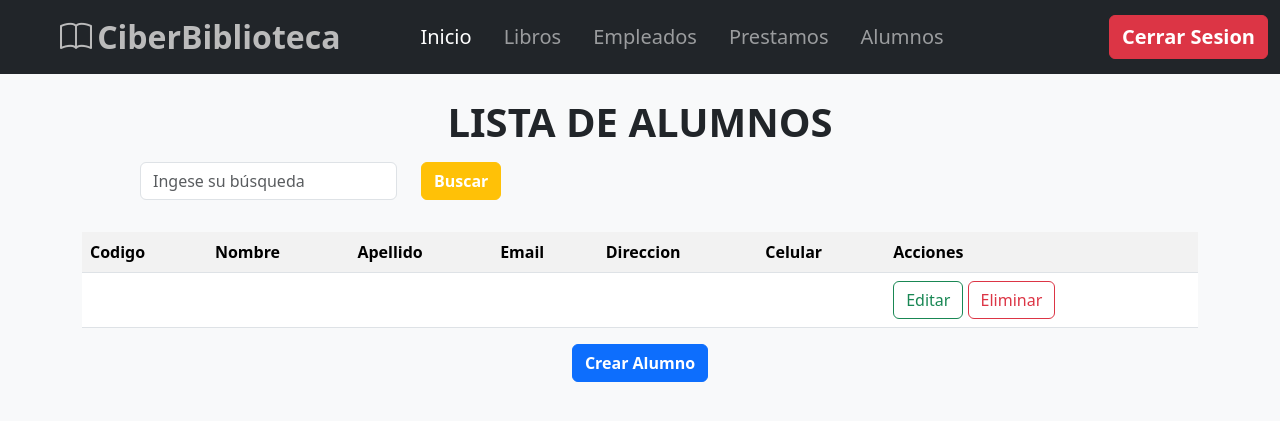
Repository: WilmerOcampo/LP1_Biblioteca
Page: http://localhost/Proyecto/listaAlumnos.jsp
An editor plug-in stored every save of this project. The page is shown before and after the next save, followed by the edit.
The browser window is 1280 px wide. The pictures show the whole page.
The page is served by Tomcat 10.

Above is the page before, as saved 2023-05-31 16:29:38.

After the next save:
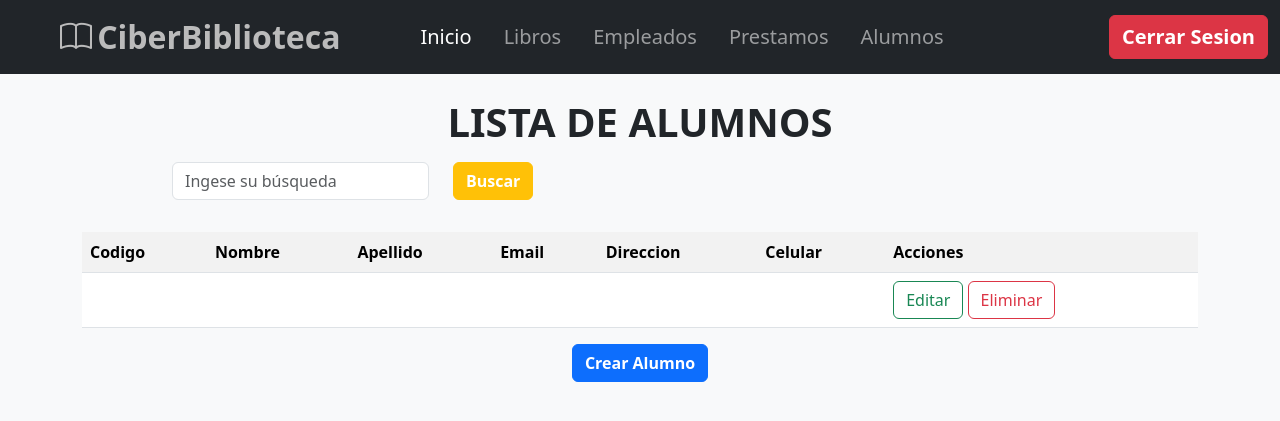
Saved 5 s later.
--- a/Proyecto/src/main/webapp/listaAlumnos.jsp
+++ b/Proyecto/src/main/webapp/listaAlumnos.jsp
@@ -62,7 +62,7 @@
 
     <nav class="navbar">
         <div class="container-fluid">
-            <form class="d-flex" role="search" style="margin-left: 8rem">
+            <form class="d-flex" role="search" style="margin-left: 10rem">
                 <input class="form-control me-4" type="search" placeholder="Ingese su búsqueda" aria-label="Search">
                 <button class="btn btn-warning" type="submit" style="color: #fff; font-weight:600">Buscar</button>
             </form>
